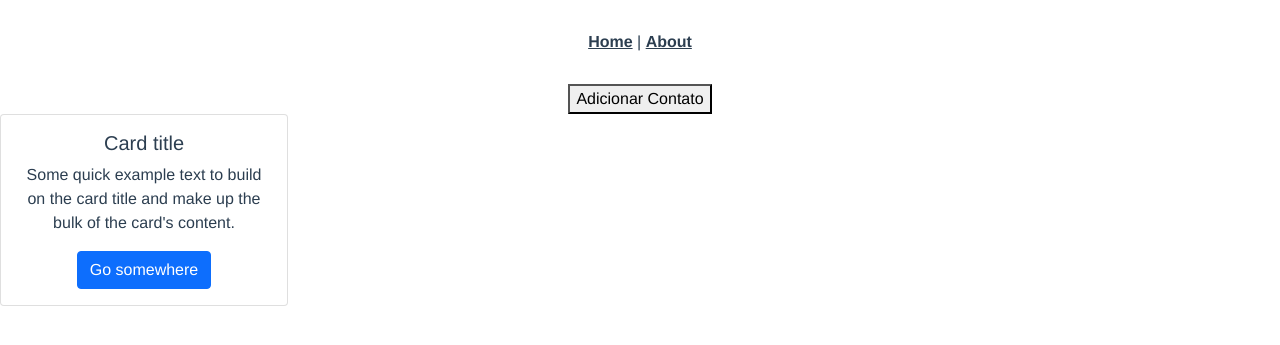
Repository: caiomitsuo/ContactsVueJs
Page: /lista
These files come from the project's save history. The page is drawn as it stood at one moment and after a run of saves; the edit follows.
The browser window is 1280 px wide. The pictures show the whole page.
The page's requests for data from a server got no answer. The project was rebuilt for these pictures with package versions that can differ from the ones it lists, and the page was loaded fresh each time. No one was signed in, and anything a server would have sent is missing. Also part of the build but not shown: vue.config.js, src/components/HelloWorld.vue, src/views/HomeView.vue.

Above is the page before, as saved 2022-04-30 12:15:12.

After the next 3 saves:
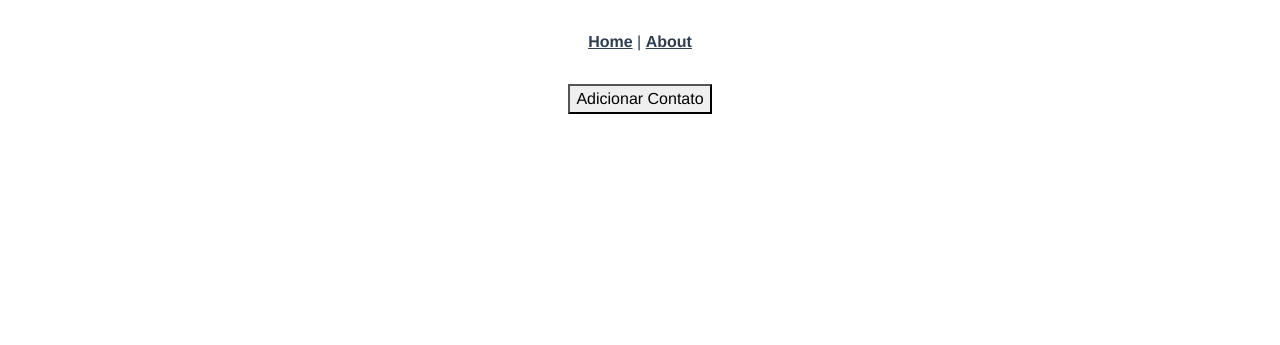
The 3 saves are shown as one change because they came seconds apart.
The last was saved 2 min 9 s later.
--- a/src/views/ListView.vue
+++ b/src/views/ListView.vue
@@ -2,12 +2,7 @@
 <div>
     <div>
         <button>Adicionar Contato</button>
-    </div>
-    <div class="card" style="width: 18rem;"><div class="card-body">
-        <h5 class="card-title">Card title</h5>
-    <p class="card-text">Some quick example text to build on the card title and make up the bulk of the card's content.</p>
-    <a href="#" class="btn btn-primary">Go somewhere</a>
-  </div>
+
     </div>
 </div>
 </template>
